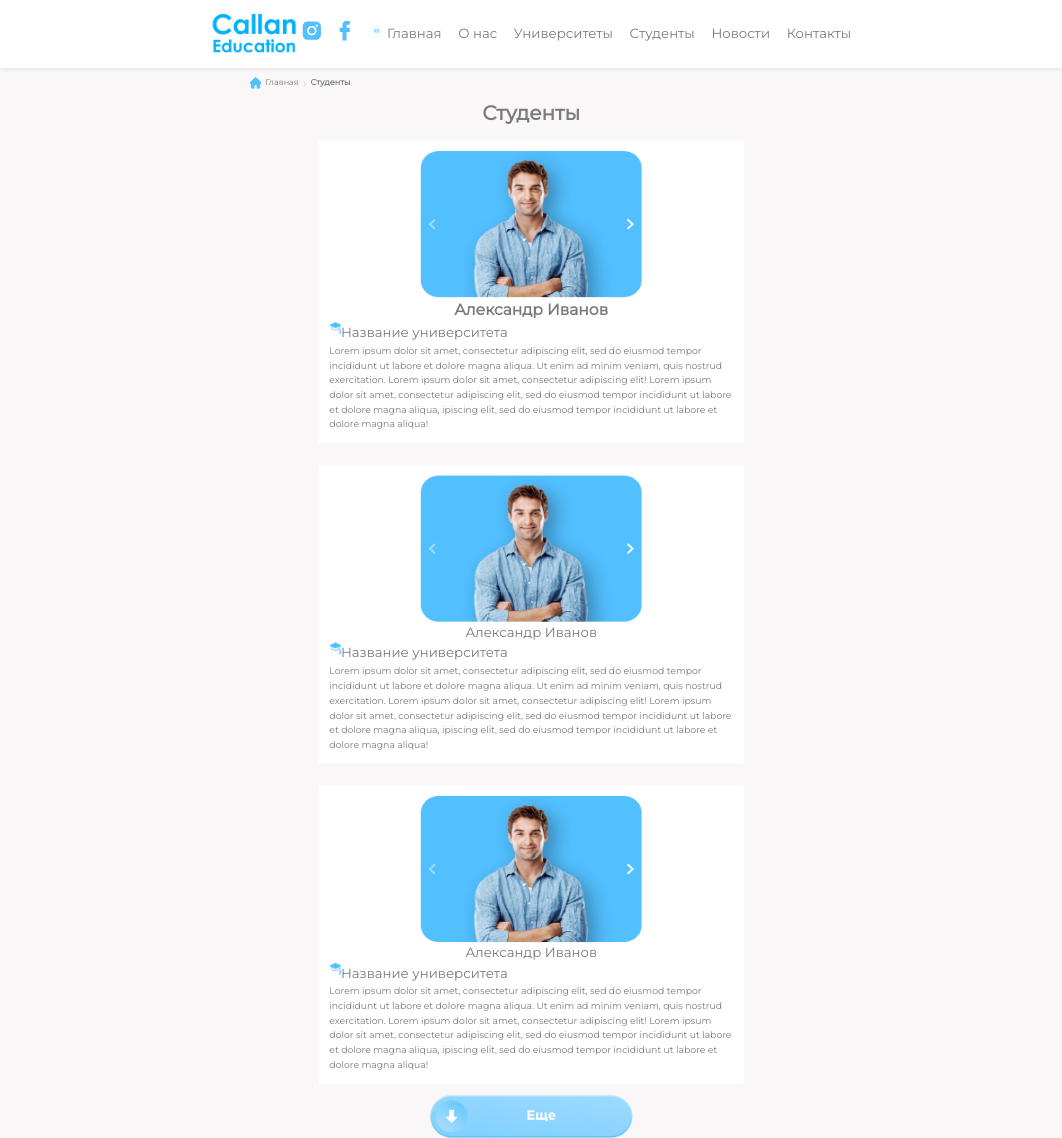
Repository: olyakorzh/Team-project-1
Page: assets/pages/students.html
An editor plug-in stored every save of this project. The page is shown before and after the next save, followed by the edit.
The browser window is 1280 px wide. The pictures show the part of the page from y = 0 to 1371 px (the page is 2826 px tall before and 2831 px after), at 83% of full size.
Pictures or frames that could not be fetched are drawn as grey boxes. A picture or video elsewhere on the page could not be fetched, so the positions and the page height are approximate.

Above is the page before, as saved 2024-12-08 20:36:48.

After the next save:
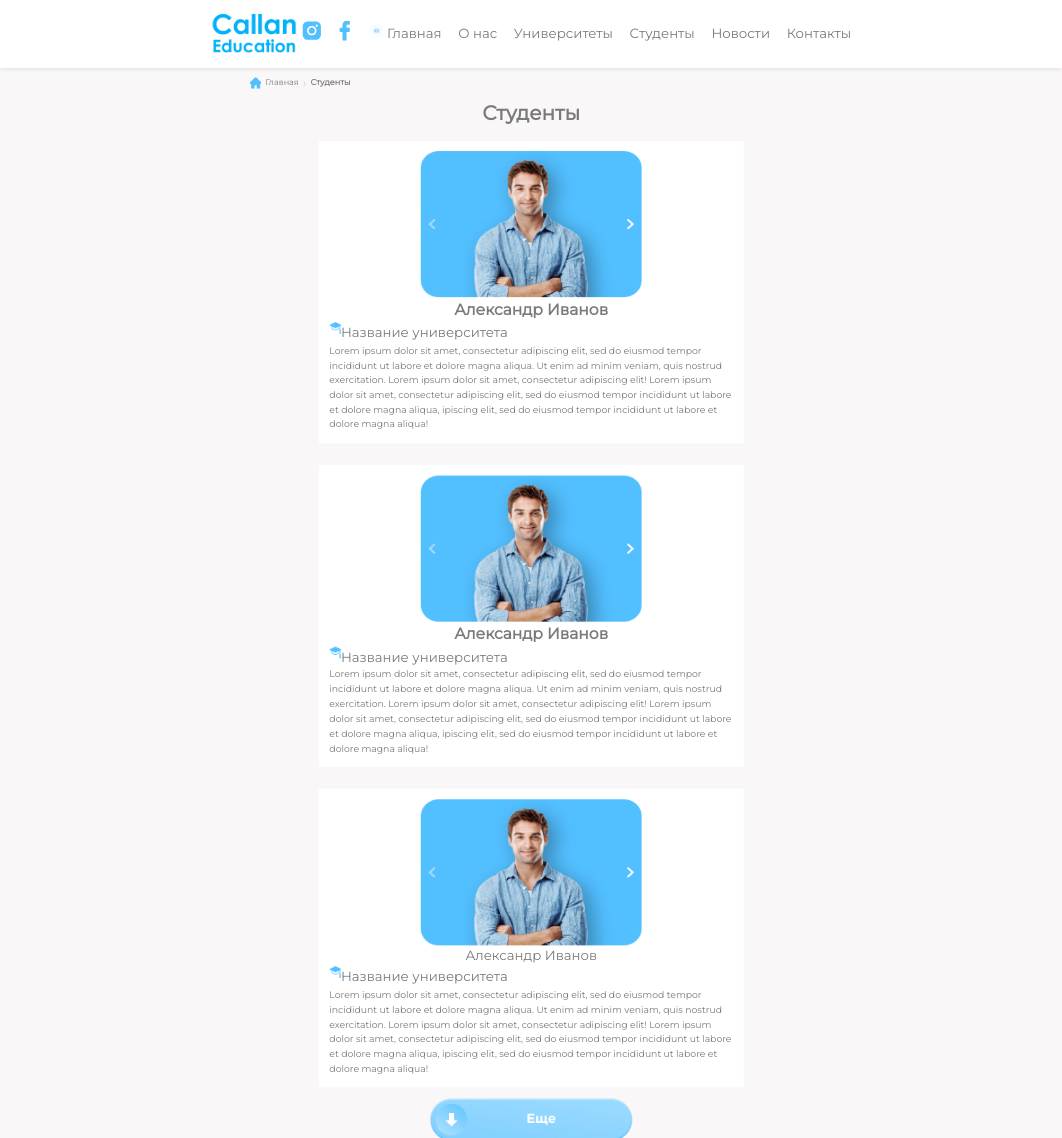
Saved 25 s later.
--- a/assets/pages/students.html
+++ b/assets/pages/students.html
@@ -120,7 +120,7 @@
       </div>
         <div class="basic">
           <div class="containerstudent"><div class="block_foto"><img src="../img/students.img/photo.png" width="266px" height="176px" alt="Фото студента"></div>
-          <div class="block1">Александр Иванов</div>
+          <div class="block1"><h3>Александр Иванов</h3></div>
           <div class="block2"><img src="../img/students.img/uni.png" width="14px" height="14px" alt="Шапка студента"> Название университета</div>
           <div class="block3">Lorem ipsum dolor sit amet, consectetur adipiscing elit, sed do eiusmod tempor incididunt ut labore et dolore magna aliqua. Ut enim ad minim veniam, quis nostrud exercitation. Lorem ipsum dolor sit amet, consectetur adipiscing elit! Lorem ipsum dolor sit amet, consectetur adipiscing elit, sed do eiusmod tempor incididunt ut labore et dolore magna aliqua, ipiscing elit, sed do eiusmod tempor incididunt ut labore et dolore magna aliqua!</div>
       </div>
